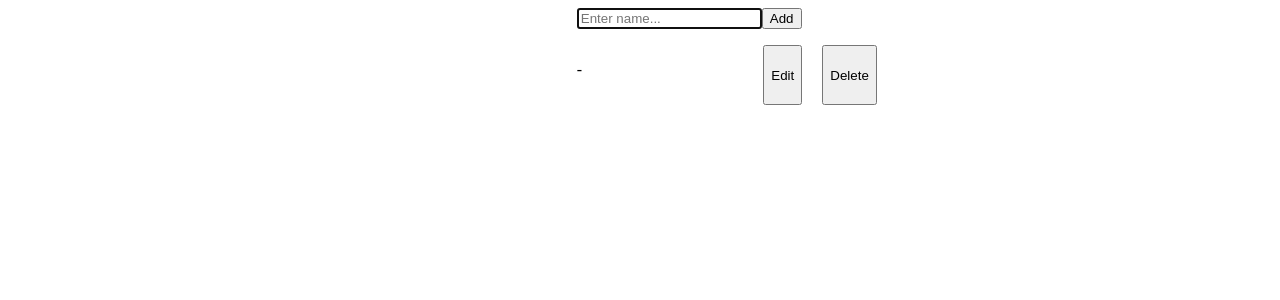
Repository: dohuuxuyen/redux-todolist
Page: /, after clicking the first element matching `button`
The author's editor kept a copy of each file at every save. The page is drawn from the files as they stood at one save, then again after a run of saves.
The browser window is 1280 px wide. The pictures show the whole page.
The project was rebuilt for these pictures with package versions that can differ from the ones it lists, and the page was loaded fresh each time. Also part of the build but not shown: src/App.css.

Above is the page before, as saved 2022-04-30 14:00:55.

### src/index.js
import React from "react";
import ReactDOM from "react-dom/client";
import { Provider } from "react-redux";
import App from "./App";
import store from "./redux/store";

const root = ReactDOM.createRoot(document.getElementById("root"));
root.render(
  <Provider store={store}>
    <App />
  </Provider>
);

### src/App.js
import "./App.css";
import Todos from "./components/Todos/Todos";

function App() {
  return (
    <div className="App">
      <Todos />
    </div>
  );
}

export default App;

### src/components/Todos/Todos.jsx
import React, { useRef } from "react";
import { useDispatch, useSelector } from "react-redux";
import { addTodos, deleteTodos, setTodoInput } from "../../redux/actions";
import { todoInputSelector, todosSelector } from "../../redux/selector";

const Todos = () => {
  const refTodoInput = useRef();
  const todoInput = useSelector(todoInputSelector);
  const todos = useSelector(todosSelector);
  const dispatch = useDispatch();
  console.log(todos);

  const handleTodoInputChange = (e) => {
    dispatch(setTodoInput(e.target.value));
  };

  const handleAdd = () => {
    dispatch(addTodos(todoInput));
    dispatch(setTodoInput(""));
    refTodoInput.current.focus();
  };
  console.log(todoInput);

  const handleDelete = (index) => {
    dispatch(deleteTodos(index));
  };
  return (
    <div style={{ width: "300px", marginLeft: "45%" }}>
      <input
        ref={refTodoInput}
        value={todoInput}
        type="text"
        placeholder="Enter name..."
        onChange={handleTodoInputChange}
      />
      <button onClick={handleAdd}>Add</button>
      <ul style={{ width: "100%", paddingLeft: 0 }}>
        {todos.map((todo, index) => (
          <li style={{ display: "flex" }} key={index}>
            <p style={{ flex: "1" }}>- {todo}</p>
            <button style={{}} onClick={() => handleDelete(index)}>
              Edit
            </button>
            <button
              style={{ marginLeft: "20px", height: "60px" }}
              onClick={() => handleDelete(index)}
            >
              Delete
            </button>
          </li>
        ))}
      </ul>
    </div>
  );
};

export default Todos;

### src/redux/reducer.js
import { combineReducers } from "redux";
import todosReducer from "../components/Todos/todosReducer";

const rootReducer = combineReducers({
  todos: todosReducer,
});

export default rootReducer;

### src/redux/actions.js
export const searchFilter = (payload) => {
  return {
    type: "Filter/SEARCH_FILTER",
    payload: payload,
  };
};

export const setTodoInput = (payload) => {
  return {
    type: "Todos/SET_TODO_INPUT",
    payload: payload,
  };
};

export const addTodos = (payload) => {
  return {
    type: "Todos/ADD_TODOS",
    payload: payload,
  };
};

export const deleteTodos = (payload) => {
  return {
    type: "Todos/DELETE_TODOS",
    payload: payload,
  };
};

export const clearTodos = (payload) => {
  return {
    type: "Todos/CLEAR_TODOS",
    payload: payload,
  };
};

export const updateTodos = (payload) => {
  return {
    type: "Todos/UPDATE_TODOS",
    payload: payload,
  };
};

### src/redux/selector.js
export const todoInputSelector = (state) => state.todos.todoInput;
export const todosSelector = (state) => state.todos.todos;

### src/components/Todos/todosReducer.js
const initialState = {
  todoInput: "",
  todos: [],
};

const todosReducer = (state = initialState, action) => {
  switch (action.type) {
    case "Todos/SET_TODO_INPUT":
      return {
        ...state,
        todoInput: action.payload,
      };
    case "Todos/ADD_TODOS":
      return {
        ...state,
        todos: [...state.todos, action.payload],
      };
    case "Todos/DELETE_TODOS":
      return {
        ...state,
        todos: [
          ...state.todos.filter((todo, index) => index !== action.payload),
        ],
      };
    default:
      return state;
  }
};

export default todosReducer;

Loaded but not shown: public/index.html (common file); src/redux/store.js (common file)

After the next 3 saves:
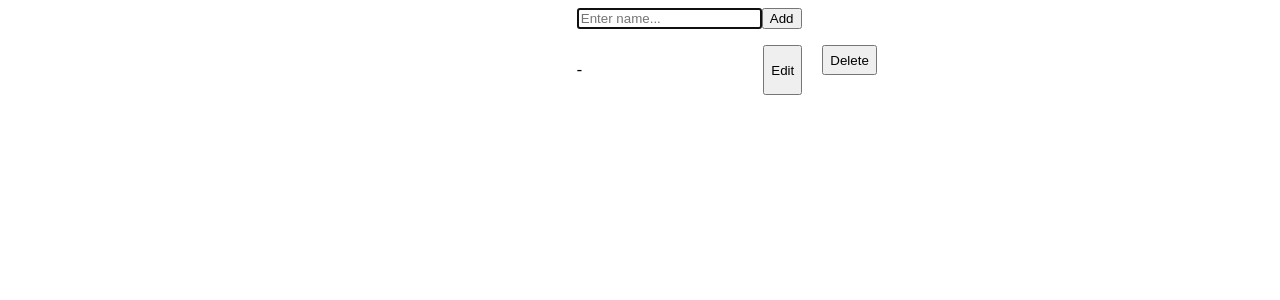
The 3 saves are shown as one change because they came seconds apart.
The last was saved 11 s later.
--- a/src/components/Todos/Todos.jsx
+++ b/src/components/Todos/Todos.jsx
@@ -42,7 +42,7 @@ const Todos = () => {
               Edit
             </button>
             <button
-              style={{ marginLeft: "20px", height: "60px" }}
+              style={{ marginLeft: "20px", height: "30px" }}
               onClick={() => handleDelete(index)}
             >
               Delete
